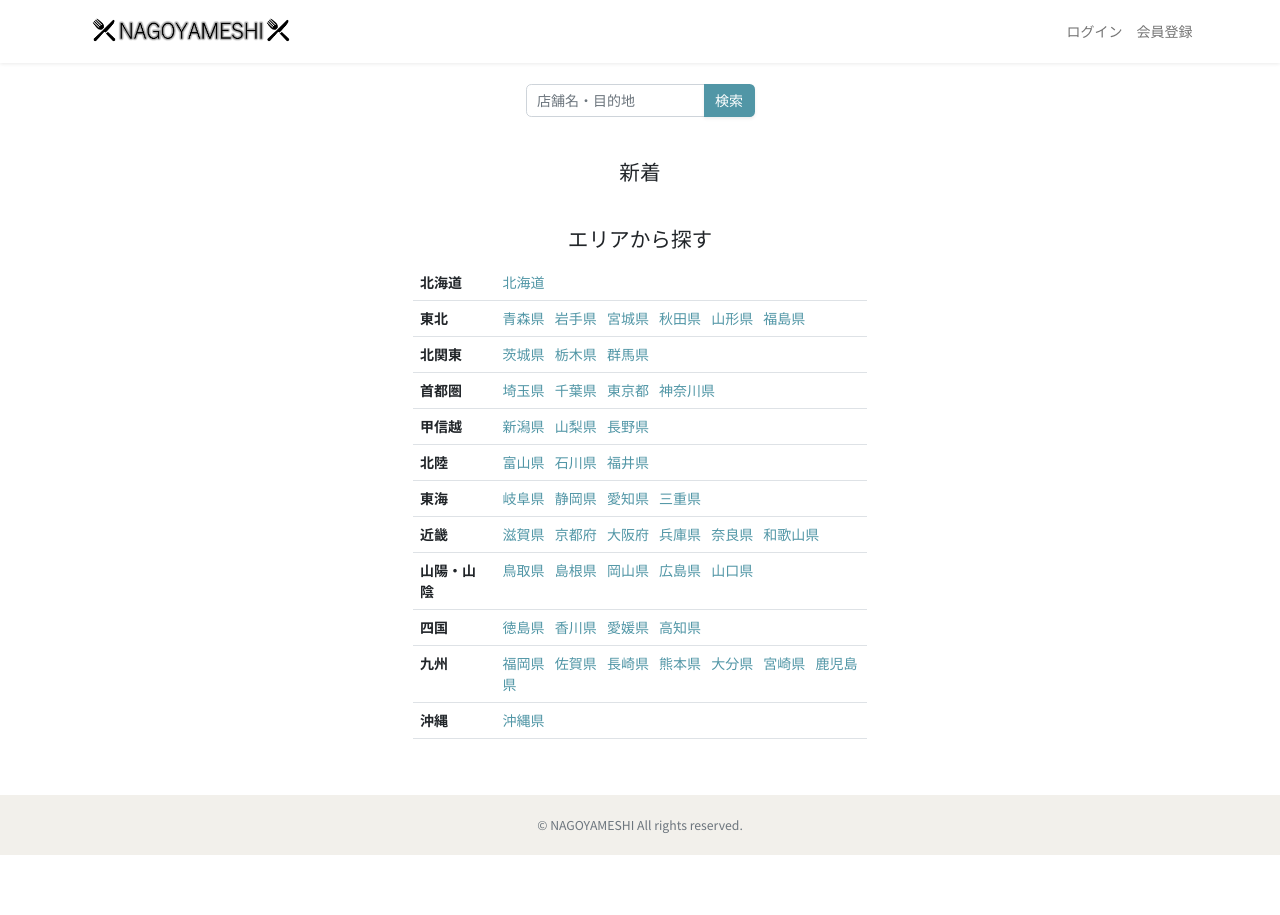
Repository: dh291422/kadai
Page: http://localhost/index
The author's editor kept a copy of each file at every save. The page is drawn from the files as they stood at one save, then again after the next save.
The browser window is 1280 px wide. The pictures show the whole page.
The page is this project's Thymeleaf template; nobody is signed in. The template is opened directly, without the code that normally fills it, so the values that code supplies are empty.

Above is the page before, as saved 2025-06-30 00:20:52.

### nagoyameshi/src/main/resources/templates/index.html
<!DOCTYPE html>
<html xmlns:th="https://www.thymeleaf.org" xmlns:sec="http://www.thymeleaf.org/extras/spring-security">
    <head>
        <div th:replace="~{fragment :: meta}"></div>

        <div th:replace="~{fragment :: styles}"></div>

        <title>NAGOYAMESHI</title>
    </head>
    <body>
        <div class="nagoyameshi-wrapper">
            <!-- ヘッダー -->
            <div th:replace="~{fragment :: header}"></div>

            <main>
                <div class="container pt-4 pb-5 nagoyameshi-container">
                    <div th:if="${param.loggedIn}" class="alert alert-info">
                        ログインしました。
                    </div>

                    <div th:if="${param.loggedOut}" class="alert alert-info">
                        ログアウトしました。
                    </div>

					<div th:if="${successMessage}" class="alert alert-info">
					    <span th:text="${successMessage}"></span>
					</div>

					<div class="d-flex justify-content-center">
					    <form method="get" th:action="@{/restaurants}" class="mb-5 nagoyameshi-search-form">
					        <div class="input-group">
					            <input type="text" class="form-control" name="keyword" th:value="${keyword}" placeholder="店舗名・目的地">
					            <button type="submit" class="btn text-white shadow-sm nagoyameshi-btn">検索</button>
					        </div>
					    </form>
					</div>

					<h2 class="text-center mb-3">新着</h2>
					<div class="row row-cols-lg-5 row-cols-2 g-3 mb-5">
					    <div class="col" th:each="newRestaurant : ${newRestaurants}">
					        <a th:href="@{/restaurants/__${newRestaurant.getId()}__}" class="link-dark nagoyameshi-card-link">
					            <div class="card h-100">
					                <img th:if="${newRestaurant.getImageName()}" th:src="@{/storage/__${newRestaurant.getImageName()}__}" class="card-img-top nagoyameshi-vertical-card-image" alt="店舗画像">
					                <img th:unless="${newRestaurant.getImageName()}" th:src="@{/images/noImage.png}" class="card-img-top nagoyameshi-vertical-card-image" alt="NO IMAGE">
					                <div class="card-body">
					                    <h3 class="card-title" th:text="${newRestaurant.getName()}"></h3>
					                    <p class="card-text mb-1">
					                        <small class="text-muted" th:text="${newRestaurant.getAddress()}"></small>
					                    </p>
					                    <p class="card-text">
					                        <span th:text="${#numbers.formatInteger(newRestaurant.getLowestPrice(), 1, 'COMMA') + '円 ～' + #numbers.formatInteger(newRestaurant.getHighestPrice(), 1, 'COMMA') + '円'}"></span>
					                    </p>
					                </div>
					            </div>
					        </a>
					    </div>
					</div>

					<div class="row justify-content-center">
					    <div class="col-xl-5 col-lg-6 col-md-8">

					        <h2 class="text-center mb-3">エリアから探す</h2>

					        <table class="table">
					            <tbody>
					                <tr>
					                    <th>北海道</th>
					                    <td>
					                        <a th:href="@{/restaurants?area=北海道}">北海道</a>
					                    </td>
					                </tr>
					                <tr>
					                    <th>東北</th>
					                    <td>
					                        <a th:href="@{/restaurants?area=青森県}" class="me-2">青森県</a>
					                        <a th:href="@{/restaurants?area=岩手県}" class="me-2">岩手県</a>
					                        <a th:href="@{/restaurants?area=宮城県}" class="me-2">宮城県</a>
					                        <a th:href="@{/restaurants?area=秋田県}" class="me-2">秋田県</a>
					                        <a th:href="@{/restaurants?area=山形県}" class="me-2">山形県</a>
					                        <a th:href="@{/restaurants?area=福島県}">福島県</a>
					                    </td>
					                </tr>
					                <tr>
					                    <th>北関東</th>
					                    <td>
					                        <a th:href="@{/restaurants?area=茨城県}" class="me-2">茨城県</a>
					                        <a th:href="@{/restaurants?area=栃木県}" class="me-2">栃木県</a>
					                        <a th:href="@{/restaurants?area=群馬県}">群馬県</a>
					                    </td>
					                </tr>
					                <tr>
					                    <th>首都圏</th>
					                    <td>
					                        <a th:href="@{/restaurants?area=埼玉県}" class="me-2">埼玉県</a>
					                        <a th:href="@{/restaurants?area=千葉県}" class="me-2">千葉県</a>
					                        <a th:href="@{/restaurants?area=東京都}" class="me-2">東京都</a>
					                        <a th:href="@{/restaurants?area=神奈川県}">神奈川県</a>
					                    </td>
					                </tr>
					                <tr>
					                    <th>甲信越</th>
					                    <td>
					                        <a th:href="@{/restaurants?area=新潟県}" class="me-2">新潟県</a>
					                        <a th:href="@{/restaurants?area=山梨県}" class="me-2">山梨県</a>
					                        <a th:href="@{/restaurants?area=長野県}">長野県</a>
					                    </td>
					                </tr>
					                <tr>
					                    <th>北陸</th>
					                    <td>
					                        <a th:href="@{/restaurants?area=富山県}" class="me-2">富山県</a>
					                        <a th:href="@{/restaurants?area=石川県}" class="me-2">石川県</a>
					                        <a th:href="@{/restaurants?area=福井県}">福井県</a>
					                    </td>
					                </tr>
					                <tr>
					                    <th>東海</th>
					                    <td>
					                        <a th:href="@{/restaurants?area=岐阜県}" class="me-2">岐阜県</a>
					                        <a th:href="@{/restaurants?area=静岡県}" class="me-2">静岡県</a>
					                        <a th:href="@{/restaurants?area=愛知県}" class="me-2">愛知県</a>
					                        <a th:href="@{/restaurants?area=三重県}">三重県</a>
					                    </td>
					                </tr>
					                <tr>
					                    <th>近畿</th>
					                    <td>
					                        <a th:href="@{/restaurants?area=滋賀県}" class="me-2">滋賀県</a>
					                        <a th:href="@{/restaurants?area=京都府}" class="me-2">京都府</a>
					                        <a th:href="@{/restaurants?area=大阪府}" class="me-2">大阪府</a>
					                        <a th:href="@{/restaurants?area=兵庫県}" class="me-2">兵庫県</a>
					                        <a th:href="@{/restaurants?area=奈良県}" class="me-2">奈良県</a>
					                        <a th:href="@{/restaurants?area=和歌山県}">和歌山県</a>
					                    </td>
					                </tr>
					                <tr>
					                    <th>山陽・山陰</th>
					                    <td>
					                        <a th:href="@{/restaurants?area=鳥取県}" class="me-2">鳥取県</a>
					                        <a th:href="@{/restaurants?area=島根県}" class="me-2">島根県</a>
					                        <a th:href="@{/restaurants?area=岡山県}" class="me-2">岡山県</a>
					                        <a th:href="@{/restaurants?area=広島県}" class="me-2">広島県</a>
					                        <a th:href="@{/restaurants?area=山口県}">山口県</a>
					                    </td>
					                </tr>
					                <tr>
					                    <th>四国</th>
					                    <td>
					                        <a th:href="@{/restaurants?area=徳島県}" class="me-2">徳島県</a>
					                        <a th:href="@{/restaurants?area=香川県}" class="me-2">香川県</a>
					                        <a th:href="@{/restaurants?area=愛媛県}" class="me-2">愛媛県</a>
					                        <a th:href="@{/restaurants?area=高知県}">高知県</a>
					                    </td>
					                </tr>
					                <tr>
					                    <th>九州</th>
					                    <td>
					                        <a th:href="@{/restaurants?area=福岡県}" class="me-2">福岡県</a>
					                        <a th:href="@{/restaurants?area=佐賀県}" class="me-2">佐賀県</a>
					                        <a th:href="@{/restaurants?area=長崎県}" class="me-2">長崎県</a>
					                        <a th:href="@{/restaurants?area=熊本県}" class="me-2">熊本県</a>
					                        <a th:href="@{/restaurants?area=大分県}" class="me-2">大分県</a>
					                        <a th:href="@{/reataurants?area=宮崎県}" class="me-2">宮崎県</a>
					                        <a th:href="@{/restaurants?area=鹿児島県}">鹿児島県</a>
					                    </td>
					                </tr>
					                <tr>
					                    <th>沖縄</th>
					                    <td>
					                        <a th:href="@{/resuaurants?area=沖縄県}">沖縄県</a>
					                    </td>
					                </tr>
					            </tbody>
					        </table>
					    </div>
					</div>
                </div>
            </main>

            <!-- フッター -->
            <div th:replace="~{fragment :: footer}"></div>
        </div>

        <div th:replace="~{fragment :: scripts}"></div>
	</body>
</html>

### nagoyameshi/src/main/resources/templates/fragment.html
<!DOCTYPE html>
<html xmlns:th="https://www.thymeleaf.org" xmlns:sec="http:thymeleaf.org/extras/spring-security">
   <head>
       <!-- meta要素の部品化 -->
       <div th:fragment="meta" th:remove="tag">
           <meta charset="UTF-8">
           <meta name="viewport" content="width=device-width, initial-scale=1">
       </div>

       <!-- link要素の部品化 -->
       <div th:fragment="styles" th:remove="tag">
           <!-- Bootstrap -->
           <link href="https://cdn.jsdelivr.net/npm/bootstrap@5.2.3/dist/css/bootstrap.min.css" rel="stylesheet" integrity="sha384-rbsA2VBKQhggwzxH7pPCaAqO46MgnOM80zW1RWuH61DGLwZJEdK2Kadq2F9CUG65" crossorigin="anonymous">

           <!-- Google Fonts -->
           <link rel="preconnect" href="https://fonts.googleapis.com">
           <link rel="preconnect" href="https://fonts.gstatic.com" crossorigin>
           <link href="https://fonts.googleapis.com/css2?family=Noto+Sans+JP:wght@400;500&display=swap" rel="stylesheet">

           <link th:href="@{/css/style.css}" rel="stylesheet" >
       </div>

       <title>部品化用のHTMLファイル</title>
   </head>
   <body>
       <!-- ヘッダーの部品化 -->
       <div th:fragment="header" th:remove="tag">
           <nav class="navbar navbar-expand-md navbar-light bg-white shadow-sm nagoyameshi-navbar">
               <div class="container nagoyameshi-container">
                   <a class="navbar-brand" th:href="@{/}">
                       <img class="nagoyameshi-logo me-1" th:src="@{/images/logo.png}" alt="NAGOYAMESHI">
                   </a>

				   <button class="navbar-toggler" type="button" data-bs-toggle="collapse" data-bs-target="#navbarSupportedContent" aria-controls="navbarSupportedContent" aria-expanded="false" aria-label="Toggle navigation">
				       <span class="navbar-toggler-icon"></span>
				   </button>

				   <div class="collapse navbar-collapse" id="navbarSupportedContent">
				       <ul class="navbar-nav ms-auto">
				           <!-- 未ログインであれば表示する -->
				           <li class="nav-item" sec:authorize="isAnonymous()">
				               <a class="nav-link" th:href="@{/login}">ログイン</a>
				           </li>
						   <li class="nav-item" sec:authorize="isAnonymous()">
						       <a class="nav-link" th:href="@{/signup}">会員登録</a>
						   </li>

				           <!-- ログイン済みであれば表示する -->
				           <li class="nav-item dropdown" sec:authorize="hasRole('ROLE_GENERAL')">
				               <a id="navbarDropdownGeneral" class="nav-link dropdown-toggle" href="#" role="button" data-bs-toggle="dropdown" aria-haspopup="true" aria-expanded="false" v-pre>
				                   <span sec:authentication="principal.user.name"></span>
				               </a>

				               <div class="dropdown-menu dropdown-menu-end" aria-labelledby="navbarDropdownGeneral">
								   <a class="dropdown-item samuraitravel-dropdown-item" th:href="@{/user}">会員情報</a>

								   <div class="dropdown-divider"></div>

				                   <a class="dropdown-item nagoyameshi-dropdown-item" th:href="@{/logout}" onclick="event.preventDefault(); document.getElementById('logout-form').submit();">
				                       ログアウト
				                   </a>
				                   <form class="d-none" id="logout-form" th:action="@{/logout}" method="post"></form>
				               </div>
				           </li>

				           <!-- 管理者であれば表示する -->
				           <li class="nav-item dropdown" sec:authorize="hasRole('ROLE_ADMIN')">
				               <a id="navbarDropdownAdmin" class="nav-link dropdown-toggle" href="#" role="button" data-bs-toggle="dropdown" aria-haspopup="true" aria-expanded="false" v-pre>
				                   管理者メニュー
				               </a>

				               <div class="dropdown-menu dropdown-menu-end" aria-labelledby="navbarDropdownAdmin">
								   <a class="dropdown-item nagoyameshi-dropdown-item" th:href="@{/admin/users}">会員一覧</a>
				                   <a class="dropdown-item nagoyameshi-dropdown-item" th:href="@{/admin/restaurants}">店舗一覧</a>

				                   <div class="dropdown-divider"></div>

				                   <a class="dropdown-item nagoyameshi-dropdown-item" th:href="@{/logout}" onclick="event.preventDefault(); document.getElementById('logout-form').submit();">
				                       ログアウト
				                   </a>
				                   <form class="d-none" id="logout-form" th:action="@{/logout}" method="post"></form>
				               </div>
				           </li>
				       </ul>
				   </div>
               </div>
           </nav>
       </div>


       <!-- フッターの部品化 -->
       <div th:fragment="footer" th:remove="tag">
           <footer>
               <div class="d-flex justify-content-center align-items-center h-100">
                   <p class="text-center text-muted small mb-0">&copy; NAGOYAMESHI All rights reserved.</p>
               </div>
           </footer>
       </div>

       <!-- script要素の部品化 -->
       <div th:fragment="scripts" th:remove="tag">
           <!-- Bootstrap -->
           <script src="https://cdn.jsdelivr.net/npm/bootstrap@5.2.3/dist/js/bootstrap.bundle.min.js" integrity="sha384-kenU1KFdBIe4zVF0s0G1M5b4hcpxyD9F7jL+jjXkk+Q2h455rYXK/7HAuoJl+0I4" crossorigin="anonymous"></script>
       </div>
   </body>
</html>

### nagoyameshi/src/main/resources/static/css/style.css
html {
 font-size: 14px;
}

body {
 font-family: 'Noto Sans JP', sans-serif;
}


h1 {
 font-size: 1.5rem;
}

h2 {
  font-size: 1.475rem;
}

h3 {
  font-size: 1.25rem;
}

a {
 color: #5196a6;
 text-decoration: none !important;
}

a:hover {
   color: #407784;
}

footer {
 width: 100%;
 height: 60px;
 background-color: #f2f0eb;
}

.nagoyameshi-wrapper {
 min-height: 100vh;
 position: relative;
 padding-bottom: 60px;
 box-sizing: border-box;
}

.nagoyameshi-navbar {
 min-height: 60px;
}

.nagoyameshi-logo {
 height: 40px;
}

.nagoyameshi-btn {
  background-color: #5196a6 !important;
  transition: 0.1s;
}

.nagoyameshi-btn:hover {
 opacity: 0.8;
}

.nagoyameshi-page-link {
  color: #5196a6;
}

.nagoyameshi-page-link:hover {
  color: #407784;
}

.nagoyameshi-active {
  background-color: #5196a6 !important;
  border-color: #5196a6 !important;
}

.nagoyameshi-pre-wrap {
  /* 改行文字で行を折り返す */
  white-space: pre-wrap;
}

.nagoyameshi-link-danger {
    color: #f2594b;
}

.nagoyameshi-link-danger:hover {
    color: #a63c3c;
}

.nagoyameshi-btn-danger {
    background-color: #f2594b !important;
    transition: 0.1s;
}

.nagoyameshi-btn-danger:hover {
  opacity: 0.8;
}

.nagoyameshi-dropdown-item:active {
  background-color: #5196a6;
}

.nagoyameshi-card-link {
  transition: 0.3s;
}

.nagoyameshi-card-link:hover {
  opacity: 0.7;
}

.nagoyameshi-horizontal-card-image {
  width: 100%;
  height: 240px;
  object-fit: cover;
}

.nagoyameshi-sort-box {
  width: 150px;
}

.nagoyameshi-vertical-card-image {
  width: 100%;
  height: 150px;
  object-fit: cover;
}

.nagoyameshi-search-form {
    max-width: 300px;
}

.nagoyameshi-reset-wrapper {
  display: flex;
  justify-content: center;
  align-items: flex-start;
  min-height: 100vh;
  padding: 40px 20px;
  padding-top: 60px;
  background-color: #ffffff;
}

.nagoyameshi-reset-form {
  max-width: 500px;
  width: 100%;
  text-align: center;
}

.nagoyameshi-restaurant-image {
  max-width: 800px;
  width: 100%;
  height: auto;
  display: block;
  margin: 0 auto;
}

.nagoyameshi-detail-container {
  max-width: 800px;
  margin: 0 auto;
}


.reset-title {
  font-size: 1.8rem;
  margin-bottom: 20px;
  font-weight: bold;
}

.reset-description {
  font-size: 1.1rem;
  margin-bottom: 30px;
  line-height: 1.8;
  color: #555;
}

.reset-form {
  display: flex;
  flex-direction: column;
  gap: 20px;
  margin-bottom: 30px;
}

.reset-input {
  font-size: 1.1rem;
  padding: 12px 14px;
  border-radius: 6px;
  border: 1px solid #ccc;
}

.reset-button {
  font-size: 1.1rem;
  padding: 12px;
  width: 100%;
}

.reset-link {
  font-size: 1rem;
  margin-top: 10px;
}

.alert {
  font-size: 1rem;
  margin-bottom: 20px;
  padding: 10px;
  border-radius: 5px;
}

.alert-success {
  background-color: #e0f6ed;
  color: #2e7d5a;
}

.alert-danger {
  background-color: #fcebea;
  color: #d9534f;
}

.nagoyameshi-premium-container {
  background-color: #ffffff;
}

.nagoyameshi-premium-title {
  font-size: 1.8rem;
  font-weight: bold;
}

#card-element {
  padding: 12px 14px;
  border: 1px solid #ccc;
  border-radius: 6px;
}

.subscription-wrapper {
    font-family: "Noto Sans JP", sans-serif;
    text-align: center;
    min-height: 100vh;
    display: flex;
    flex-direction: column;
    justify-content: flex-start;
    align-items: center;
    padding-top: 60px;
    padding-left: 20px;
    padding-right: 20px;
}

.subscription-button {
    background-color: #28a745;
    color: white;
    border: none;
    padding: 12px 24px;
    font-size: 16px;
    border-radius: 6px;
    cursor: pointer;
}
.subscription-button:hover {
    background-color: #1e7e34;
}

.unsubscribe-button {
    background-color: #007bff;
}
.unsubscribe-button:hover {
    background-color: #0056b3;
}

@media screen and (min-width: 1400px) {
 .nagoyameshi-container {
   max-width: 1200px;
 }

}

After the next save:
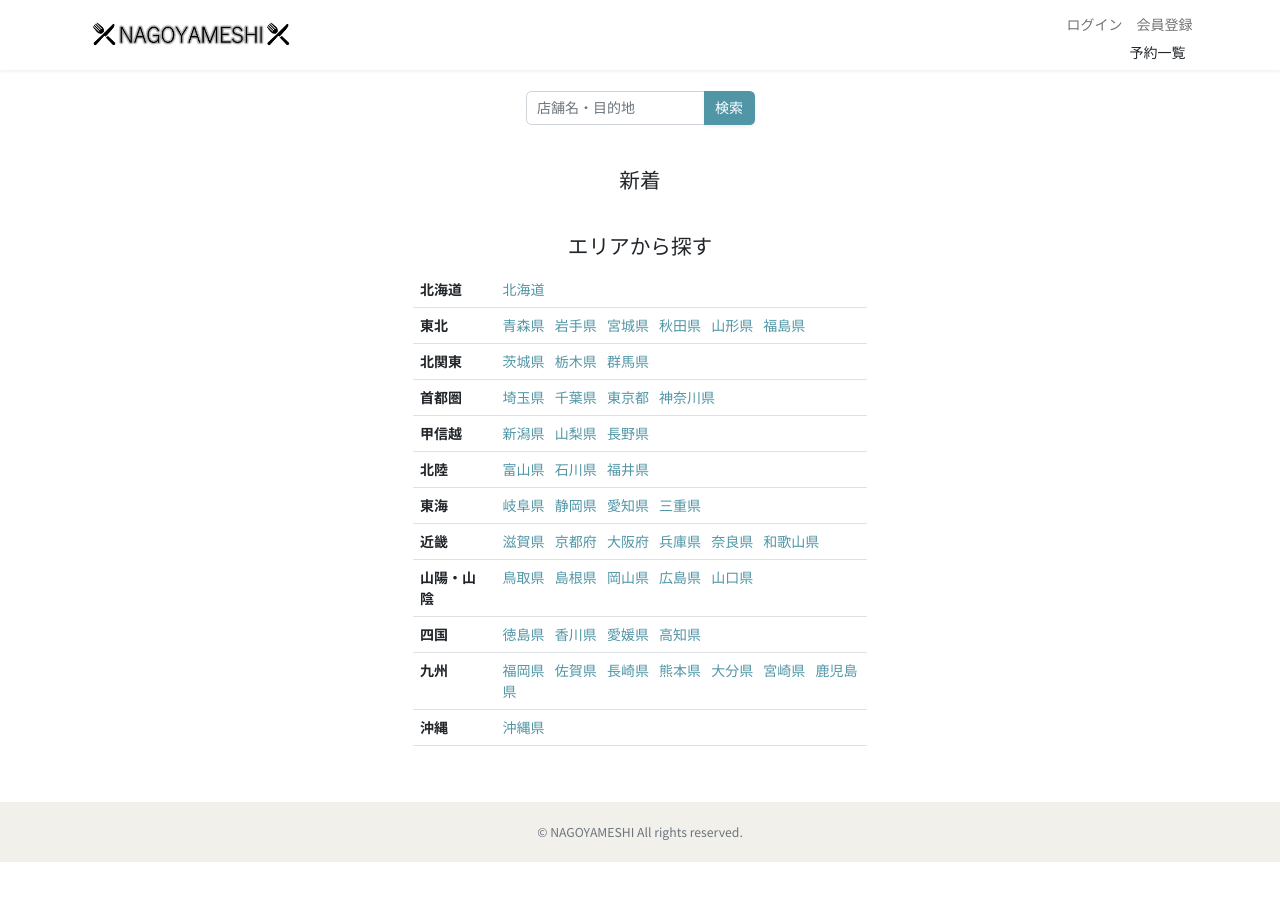
Saved 2 min 40 s later.
--- a/nagoyameshi/src/main/resources/templates/fragment.html
+++ b/nagoyameshi/src/main/resources/templates/fragment.html
@@ -43,6 +43,7 @@
 				           </li>
 						   <li class="nav-item" sec:authorize="isAnonymous()">
 						       <a class="nav-link" th:href="@{/signup}">会員登録</a>
+							   <a class="dropdown-item nagoyameshi-dropdown-item" th:href="@{/reservations}">予約一覧</a>
 						   </li>
 
 				           <!-- ログイン済みであれば表示する -->

After the save that followed:
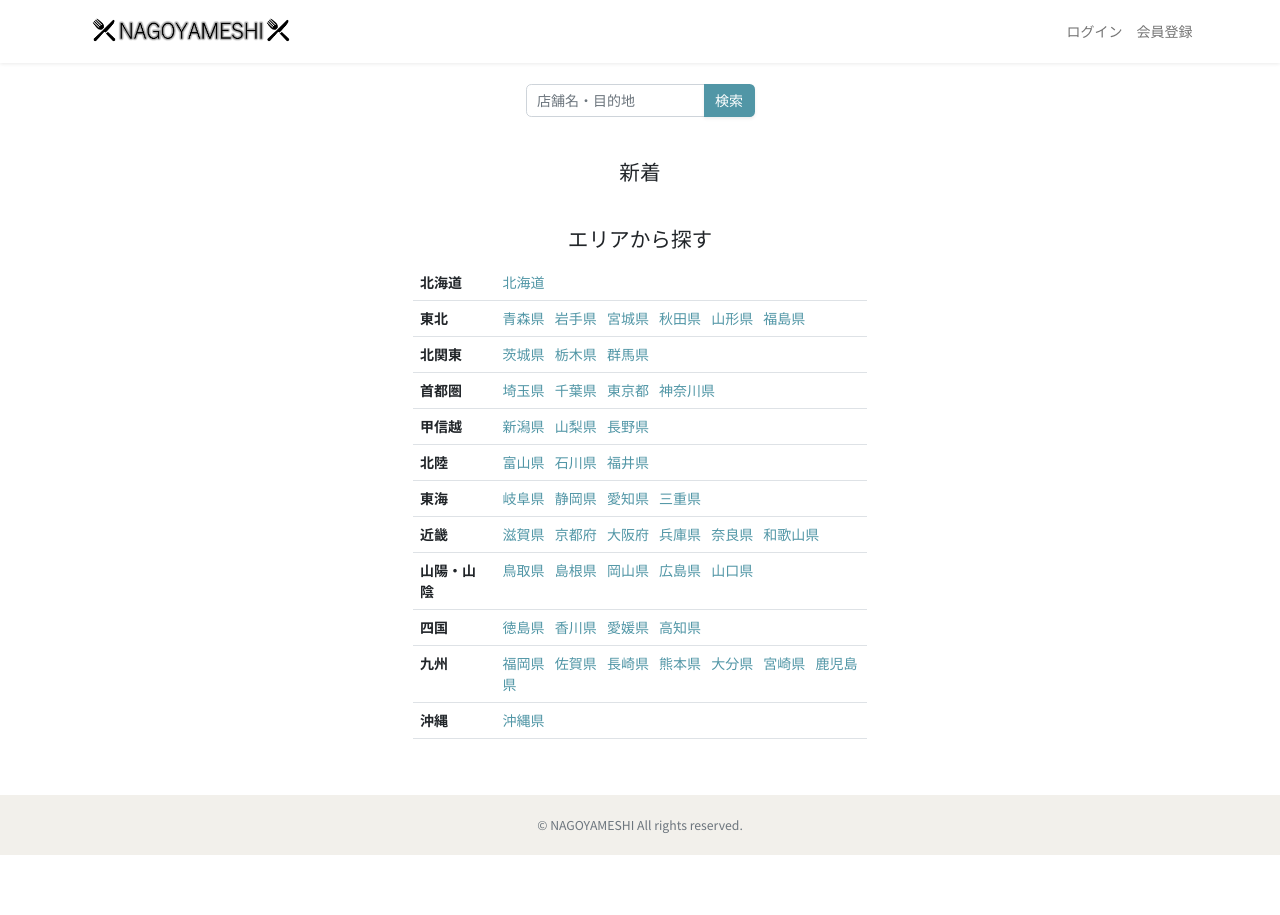
Saved 3 min 17 s later.
--- a/nagoyameshi/src/main/resources/templates/fragment.html
+++ b/nagoyameshi/src/main/resources/templates/fragment.html
@@ -43,7 +43,7 @@
 				           </li>
 						   <li class="nav-item" sec:authorize="isAnonymous()">
 						       <a class="nav-link" th:href="@{/signup}">会員登録</a>
-							   <a class="dropdown-item nagoyameshi-dropdown-item" th:href="@{/reservations}">予約一覧</a>
+
 						   </li>
 
 				           <!-- ログイン済みであれば表示する -->
@@ -53,7 +53,8 @@
 				               </a>
 
 				               <div class="dropdown-menu dropdown-menu-end" aria-labelledby="navbarDropdownGeneral">
-								   <a class="dropdown-item samuraitravel-dropdown-item" th:href="@{/user}">会員情報</a>
+								   <a class="dropdown-item nagoyameshi-dropdown-item" th:href="@{/user}">会員情報</a>
+								   <a class="dropdown-item nagoyameshi-dropdown-item" th:href="@{/reservations}">予約一覧</a>
 
 								   <div class="dropdown-divider"></div>
 
